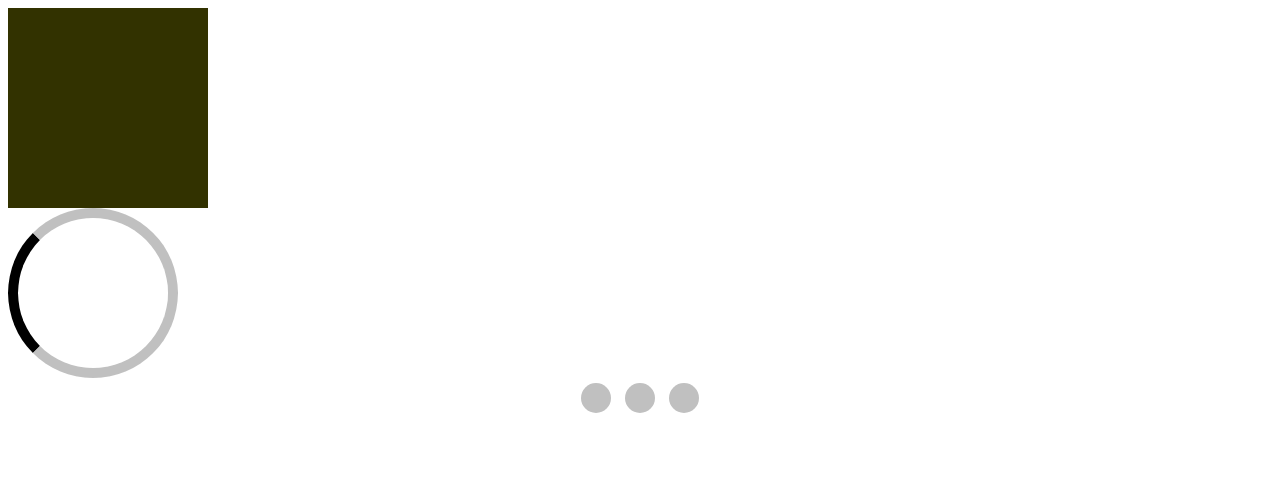
Repository: mariawasilewa-coca-cola/test1
Page: index.html
The author's editor kept a copy of each file at every save. The page is drawn from the files as they stood at one save, then again after the next save.
The browser window is 1280 px wide. The pictures show the whole page.

Above is the page before, as saved 2021-11-04 19:23:33.

After the next save:
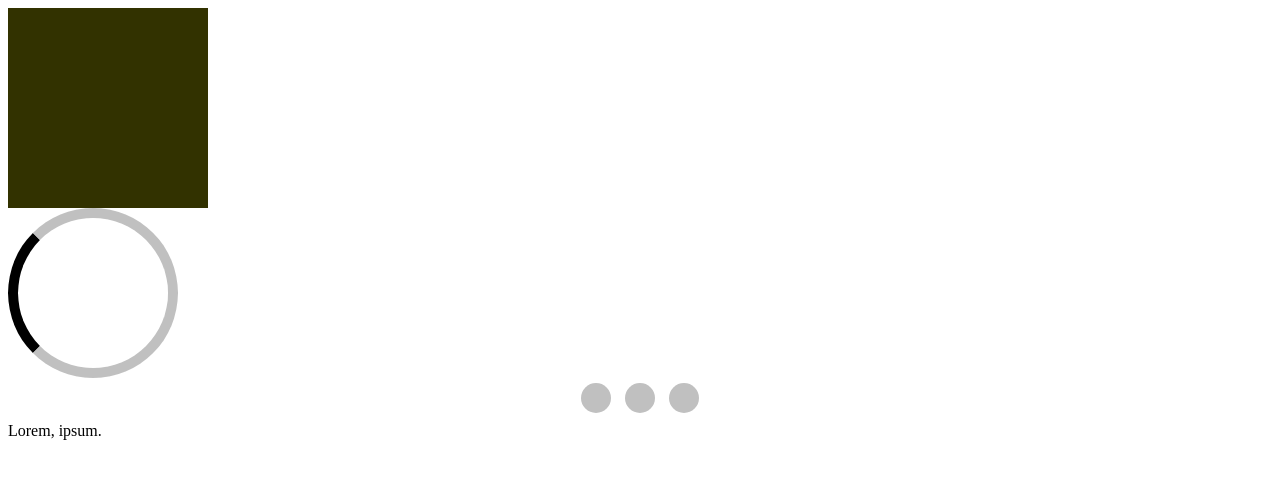
Saved 3 min 19 s later.
--- a/index.html
+++ b/index.html
@@ -18,5 +18,7 @@
             <div></div>
             <div></div>
         </div>
+
+        <div class="animate__animated animate__bounce">Lorem, ipsum.</div>
     </body>
 </html>
